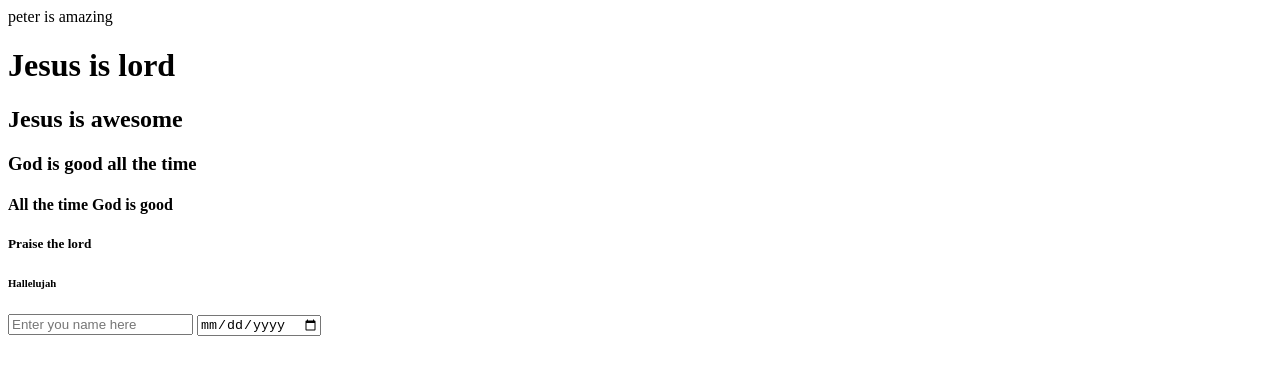
Repository: sheddy1/peter1
Page: work1.html
These files come from the project's save history. The page is drawn as it stood at one moment and after the next save; the edit follows.
The browser window is 1280 px wide. The pictures show the whole page.

Above is the page before, as saved 2025-11-04 11:59:41.

### work1.html
<html>
    <p>peter is amazing</p>
    <h1>Jesus is lord</h1>
    <h2>Jesus is awesome</h2>
    <h3>God is good all the time</h3>
    <h4>All the time God is good</h4>
    <h5>Praise the lord</h5>
    <h6>Hallelujah</h6>

    <input type="text" placeholder="Enter you name here">

    <input type="date">

    <inpout type="color">
</html>

After the next save:
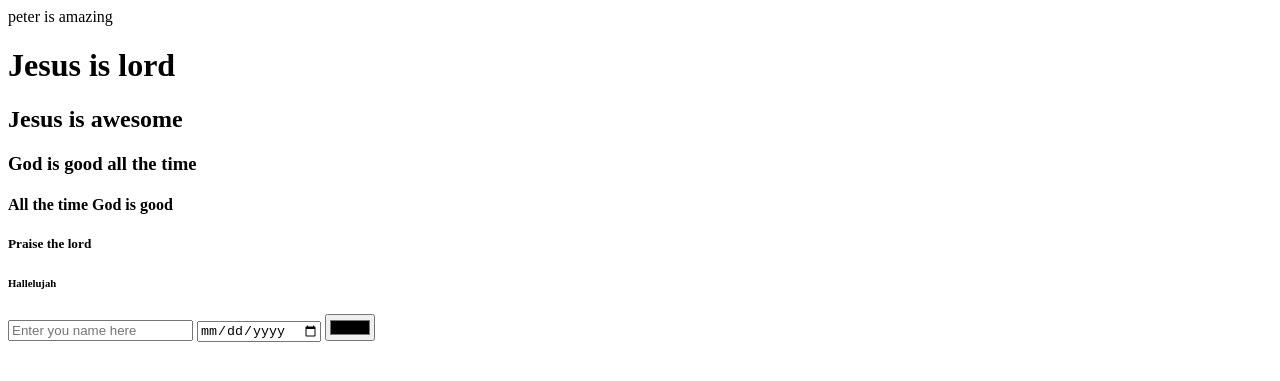
Saved 10 s later.
--- a/work1.html
+++ b/work1.html
@@ -11,5 +11,5 @@
 
     <input type="date">
 
-    <inpout type="color">
+    <input type="color">
 </html>
